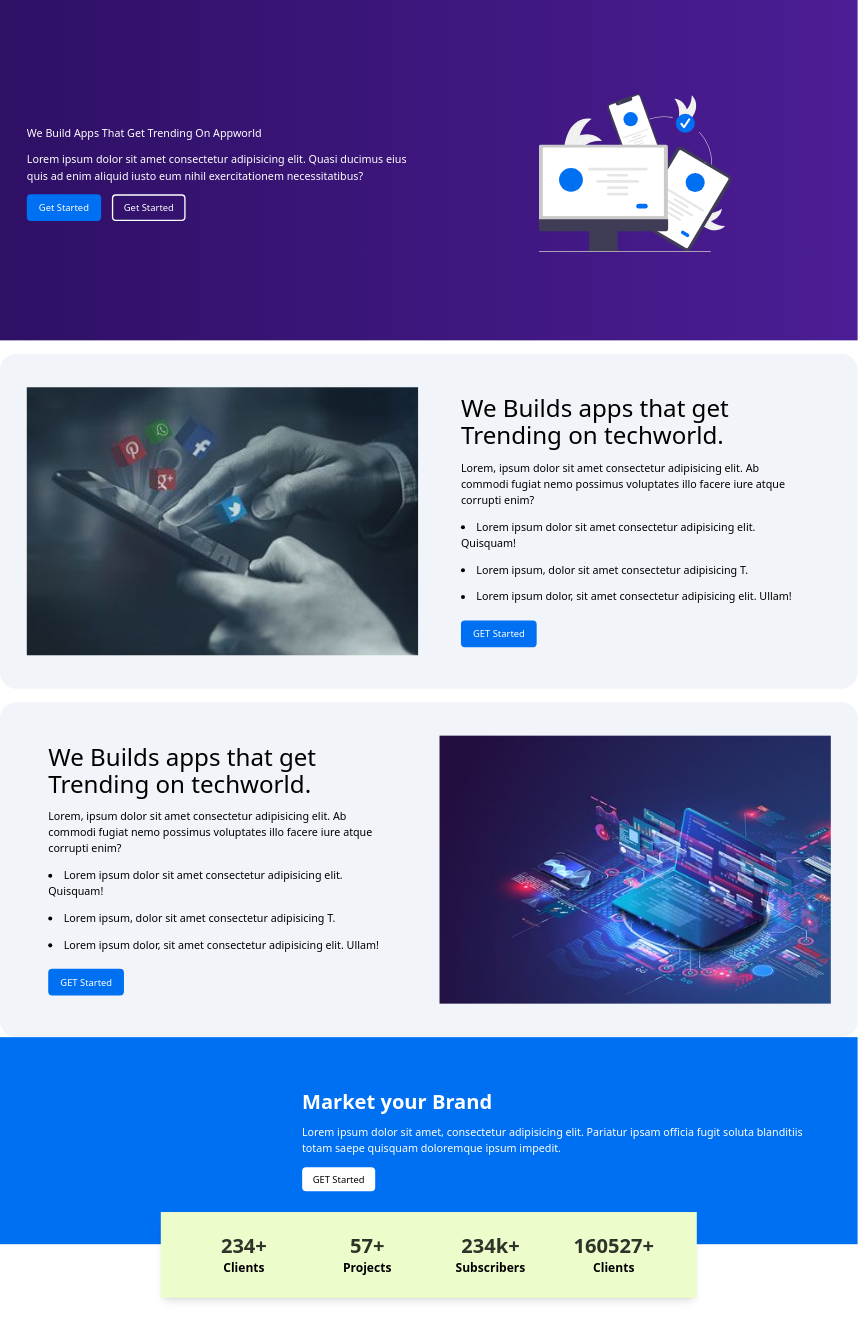
Repository: Kish202/Coz-Marketing-Site
Page: / (app in frontend/)
The author's editor kept a copy of each file at every save. The page is drawn from the files as they stood at one save, then again after a run of saves.
The browser window is 1280 px wide. The pictures show the whole page, at 67% of full size.
Pictures or frames that could not be fetched are drawn as grey boxes. The project was rebuilt for these pictures with package versions that can differ from the ones it lists, and the page was loaded fresh each time. Also part of the build but not shown: frontend/vite.config.js.

Above is the page before, as saved 2025-05-25 11:39:39.

### frontend/src/App.jsx
import { useState } from 'react'
import reactLogo from './assets/react.svg'
import viteLogo from '/vite.svg'
import './App.css'
import Service from './components/Service/Service'
import Hero from './components/Hero/Hero'
import BannerDetails from './components/BannerDetails.jsx/BannerDetails'
import Banner from './components/Banner/Banner'
import Banner1 from "./assets/blog1.jpg";
import Banner2 from "./assets/blog3.jpg";



function App() {
  const [count, setCount] = useState(0)

  return (
<>

<Hero/>
<Banner reverse={true} img={Banner1}/>
<Banner img={Banner2}/>
<BannerDetails/>
   <Service/>

   </>
  )
}

export default App

### frontend/src/components/Service/Service.jsx
import React from 'react'
import CountUp from "react-countup"

const Service =() =>{
  return (
    <section className="container h-12 md:h-32 ">
     <div className="grid grid-cols-4 w-full mx-auto -translate-y-12 divde-x divide-slate-700 place-self-center   bg-lime-100 p-4 shadow-lg dark:bg-violet-800 dark:text-white/70 md:max-w-[800px]  md:p-8">
    <div className="flex flex-col items-center justify-center " >



<h1 className="text-sm font-bold text-black/80 dark:text-white sm:text-lg md:text-3xl">
      <CountUp end={234} suffix="+" duration={2.75}/>

</h1>

<h1 className="sm:text-md  font-bold md:text-lg">
Clients
</h1>




        </div>

        <div className="flex flex-col items-center justify-center">
  <h1 className="text-sm text-black/80 sm:text-lg md:text-3xl dark:text-white font-bold">
  <CountUp end={57} suffix="+" duratiion={2.75}/>  </h1>

    <h1 className="sm:text-md font-bold  md:text-lg">
        Projects

        </h1>
            </div>

    <div className="flex flex-col items-center justify-center" >



        <h1 className=" text-black/80 dark:text-white  sm:text-lg md:text-3xl font-bold">
<CountUp end={234}  suffix="k+" / >
        </h1>
<h1 className="font-bold  sm:text-md text-xs md:text-lg" >
Subscribers
</h1>


            </div>


<div className="flex flex-col items-center justify-center">
<h1 className="text-sm font-bold text-black/80 dark:text-white sm:text-lg md:text-3xl">
<CountUp start={-875.020}
end={160527.012} duration={2.75} separator="" suffix="+" />
</h1>


<h1 className=" sm:text-md  font-bold md:text-lg ">
Clients
</h1>
</div>
</div>
    </section>
  )
}

export default Service

### frontend/src/components/Hero/Hero.jsx
// import React from 'react'
import Banner from "../../assets/thebanner.svg"
// function Hero() {
//   return (
//            <main className="bg-gradient-to-r  from-violet-950 to-violet-900 pt-20 dark:bg-violet-950">

// <section className="container flex h-[650px] flex-col  items-center justify-center md:h-[500px]   ">
// <div className="grid grid-cols-1 items-center gap-8 dark:text-white md:grid-cols-2">



// <div className="flex flex-col items-center gap-4 text-center text-white md:items-start md:text-left">

// <h1 className="text-4xl">
//     We Build the apps that get trending on the appworld.

// </h1>

// <p className=" *:">

// Lorem ipsum dolor sit amet consectetur, adipisicing elit. Neque, itaque!
// Lorem, ipsum dolor sit amet consectetur adipisicing elit. Facere, quibusdam?
// Lorem ipsum dolor sit amet consectetur adipisicing elit. Dolore, cupiditate.

// </p>


// <div className="space-x-4">

//        <button className="rounded-md border-2 border-primary bg-primary px-4 py-2 text-sm text-white transition-colors duration-300 hover:bg-primary/80">
//    GET Started
//     </button>

//        <button className="rounded-md border-2 border-white px-4 py-2 text-sm text-white transition-colors duration-300" >

// Login

//     </button>
// </div>

// </div>

// <div
// data-aos="fade-left"
// data-aos-duration="400"
// data-aos-once="true"

// className="mx-auto max-w-xs p-4">

//     <img src={Banner} alt="No image" className="hover:drop-shadow-md"/>


// </div>


// </div>
// </section>



//         </main>


//   )
// }



// export default Hero






import React from "react";
// import Banner from "../../assets/undraw_real_time_sync_re_nky7.svg";

const Hero = () => {
  return (
    <main className="bg-gradient-to-r from-violet-950 to-violet-900 pt-2 dark:bg-violet-950">
      <section className="container flex h-[650px] flex-col items-center justify-center md:h-[500px] ">
        <div className="grid grid-cols-1 items-center gap-8 dark:text-white md:grid-cols-2">
          <div
            data-aos="fade-right"
            data-aos-duration="700"
            data-aos-once="false"
            className="flex flex-col items-center gap-4 text-center text-white md:items-start md:text-left "
          >
              <h1 className=" text- ">
              We Build Apps That Get Trending On Appworld
            </h1>
            <p className="">
              Lorem ipsum dolor sit amet consectetur adipisicing elit. Quasi
              ducimus eius quis ad enim aliquid iusto eum nihil exercitationem
              necessitatibus?
            </p>
            <div className="space-x-4">
              <button className="rounded-md border-2 border-primary bg-primary px-4 py-2 text-sm text-white transition-colors duration-300 hover:bg-primary/80">
                Get Started
              </button>
              <button className="border-1  rounded-md border-2 border-white px-4 py-2 text-sm text-white transition-colors duration-300 ">
                Get Started
              </button>
            </div>
          </div>
          <div
            data-aos="fade-left"
            data-aos-duration="400"
            data-aos-once="false"
            className="mx-auto max-w-xs p-4"
          >
            <img src={Banner} alt="No image" className="hover:drop-shadow-md" />
          </div>
        </div>
      </section>
    </main>
  );
};

export default Hero;

### frontend/src/components/BannerDetails.jsx/BannerDetails.jsx
import React from 'react'



function BannerDetails() {
  return (
    <main className="bg-primary">

        <section className="container py-8 md:py-12">


            <div className="grid grid-cols-1 items-center gap-4 sm:text-ellipsis md:grid-cols-3 md:gap-8">
<div className="order-2 flex flex-col items-center gap-4 text-center text-white md:col-span-2 md:items-start md:text-left">
<h1 className="text-3xl font-bold">
    Market your Brand

</h1>
<p className="">
Lorem ipsum dolor sit amet, consectetur adipisicing elit. Pariatur
 ipsam officia fugit soluta blanditiis totam saepe quisquam doloremque
 ipsum impedit.
</p>
<button className="rounded-md bg-white px-4 py-2 text-sm text-black transition-colors duration-300 hover:bg-white/60 ">
GET Started
</button>
</div>
<div  className="order-1">
<iframe
className="aspect-video w-full"
src="https://www.youtube.com/watch?v=esaioTgia4Q&list=PPSV"
title="Youtube Video Player" frameborder="0" allow="accelerometer; autoplay; clipboard-write; encrypted-media; gyroscope; picture-in-picture; web-share allowfullscreen"></iframe>


</div>

            </div>



        </section>

    </main>
  )
}

export default BannerDetails

### frontend/src/components/Banner/Banner.jsx
import React from 'react'
import Bannerimg from "../../assets/blog2.jpg";


function Banner({reverse, img}) {
return (
    <section>
     <main   className="bg-slate-100 dark:bg-slate-900 dark:text-white mt-5 rounded-3xl">
     <section className="container flex flex-col items-center justify-center py-10 md:h-[500px] ">


        <div className="grid grid-cols-1 items-center gap-8 md:grid-cols-2">

 <div
 data-aos="fade-right"
 data-aos-duration="600"
 data-aos-once="false"
data-aos-delay="100"


 className={`flex flex-col items-start gap-4 text-left md:p-8 ${reverse ? "md:order-last": ""}`}>
 <h1 className="text-2xl md:text-4xl">
     We Builds apps that get Trending on techworld.

        </h1>


        <p classname="text-sm text-slate-600 dark:text-slate-400">
            Lorem, ipsum dolor sit amet consectetur adipisicing elit. Ab commodi fugiat nemo
            possimus voluptates
             illo facere iure atque corrupti enim?
            </p>



    <div>

            <ul className="flex list-inside flex-start  list-disc flex-col gap-2 md:gap-4">

                     <li className="font-medium ">
Lorem ipsum dolor sit amet consectetur adipisicing elit. Quisquam!
                    </li>
<li className="font-medium">Lorem ipsum, dolor sit amet consectetur adipisicing T.</li>

                    <li className="font-medium" >
Lorem ipsum dolor, sit amet consectetur adipisicing elit. Ullam!
                    </li>
            </ul>
    </div>
        <div className="space-x-4 mt-2">

            <button className="rounded-md border-2 border-primary bg-primary px-4 py-2 text-sm text-white duration-300 hover:bg-primary/90">
GET Started
            </button>
    </div>
    </div>

 <div
 data-aos="fade-left"
 data-aos-duration="600"
 data-aos-once="false"
 data-aos-delay="200"
 data-aos-mirror="true"
 className={reverse?"order-1":""}>
    <img
    src={img}
    alt="no image"
    className="mx-auto w-full h-[400px] object-cover hover:drop-shadow-md"
    />
    </div>

            </div>

            </section>
            </main>
    </section>
)
}

export default Banner

### frontend/tailwind.config.js
/** @type {import('tailwindcss').Config} */
export default {
  content: ["./index.html", "./src/**/*.{js,ts,jsx,tsx}"],
  darkMode: "class",
  theme: {
    extend: {
      screens: {
        xs: "480px",
      },
      colors: {
        primary: "#0070f3",
      },
    },

    container: {
      center: true,
      padding: {
        DEFAULT: "20px",
        md: "40px",
      },
    },
  },
  plugins: [],
};

Loaded but not shown: frontend/index.html (common file); frontend/src/main.jsx (common file); frontend/src/index.css (common file); frontend/src/App.css (common file)

After the next 2 saves:
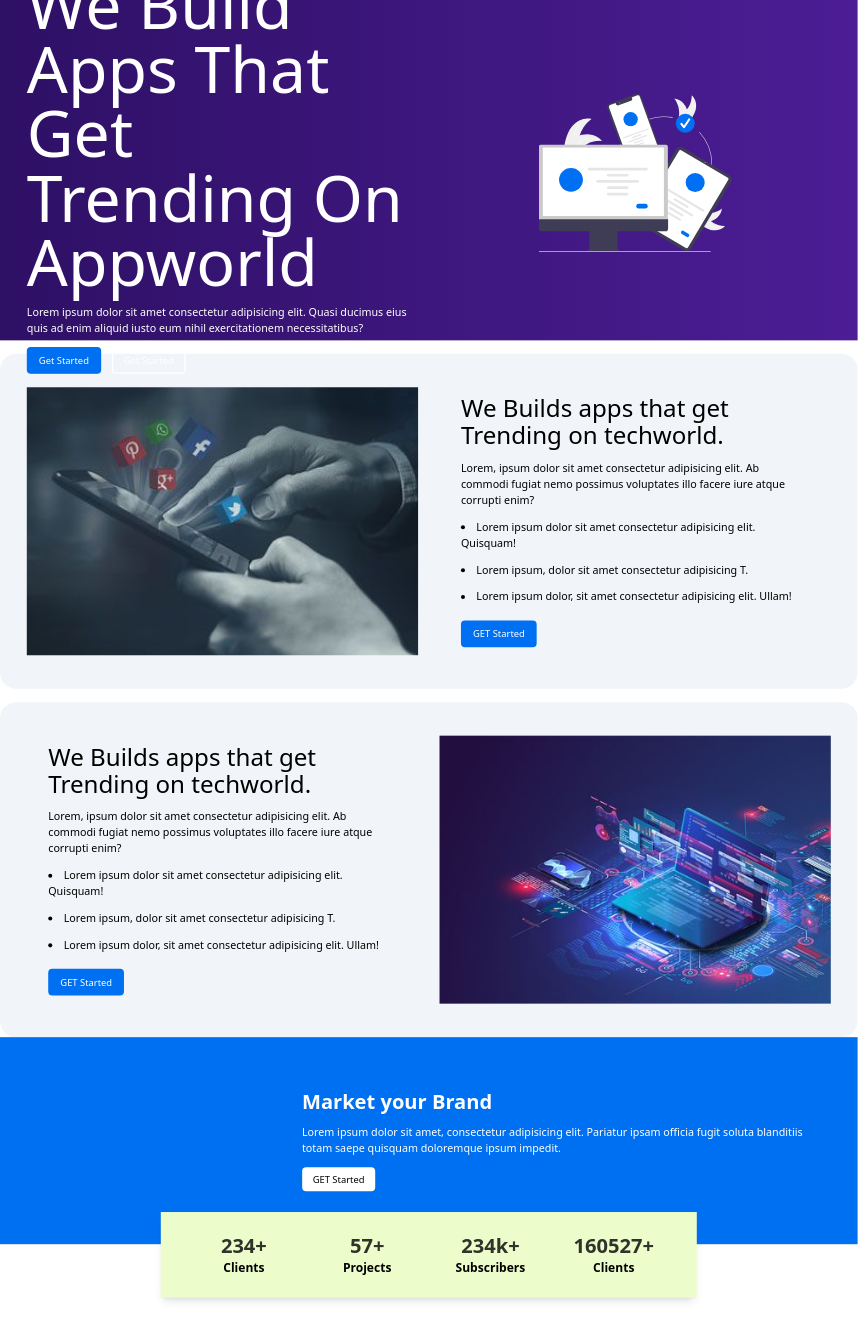
The 2 saves are shown as one change because they came seconds apart.
The last was saved 7 s later.
--- a/frontend/src/components/Hero/Hero.jsx
+++ b/frontend/src/components/Hero/Hero.jsx
@@ -87,7 +87,7 @@ const Hero = () => {
             data-aos-once="false"
             className="flex flex-col items-center gap-4 text-center text-white md:items-start md:text-left "
           >
-              <h1 className=" text- ">
+              <h1 className=" text-8xl ">
               We Build Apps That Get Trending On Appworld
             </h1>
             <p className="">
